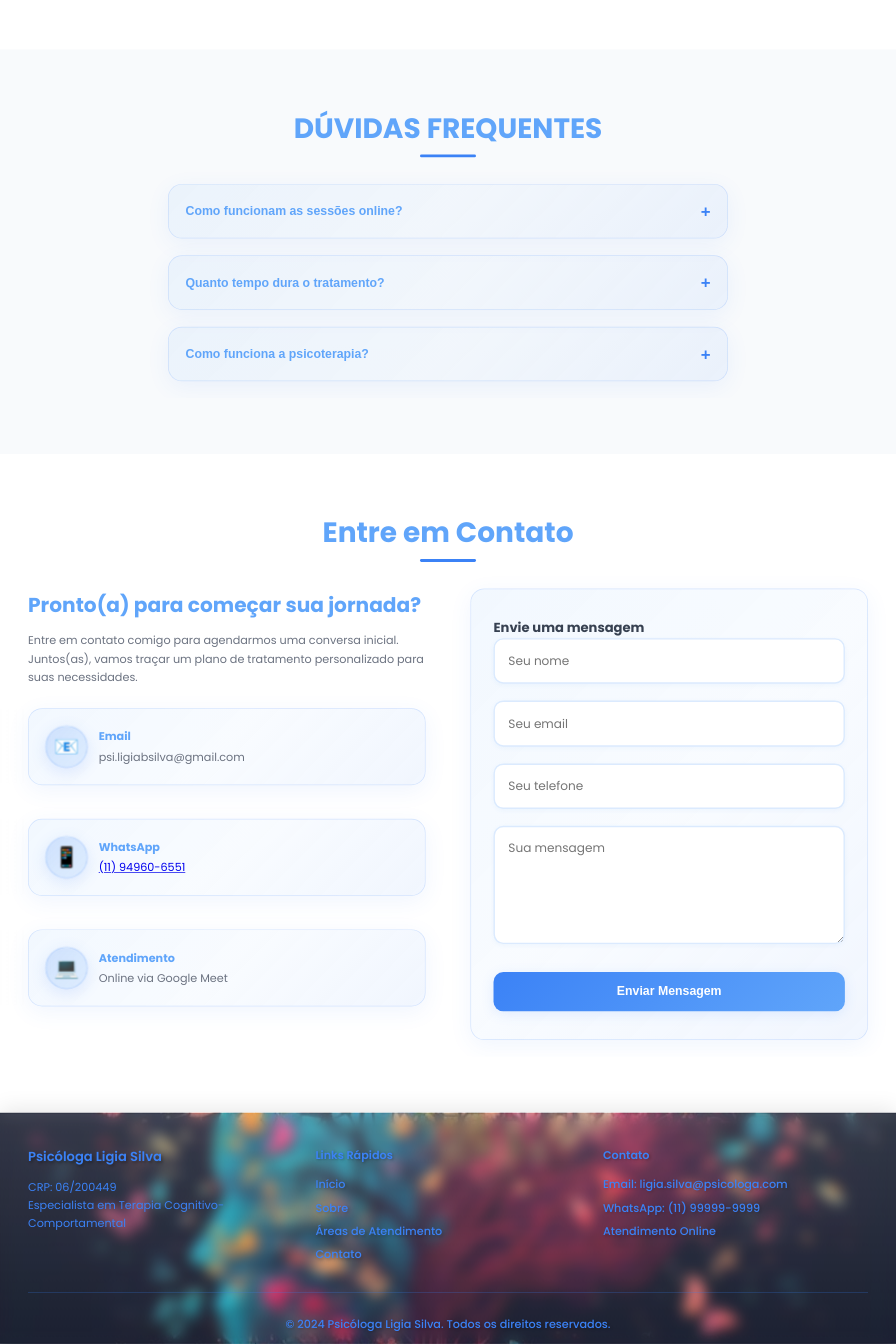
Repository: MichelAlmeida1990/Projeto-Psicologa
Page: index.html
The author's editor kept a copy of each file at every save. The page is drawn from the files as they stood at one save, then again after the next save.
The browser window is 1280 px wide. The pictures show the part of the page from y = 4224 to 6144 px (the page is 6144 px tall), at 70% of full size.

Above is the page before, as saved 2025-07-18 17:53:53.

After the next save:
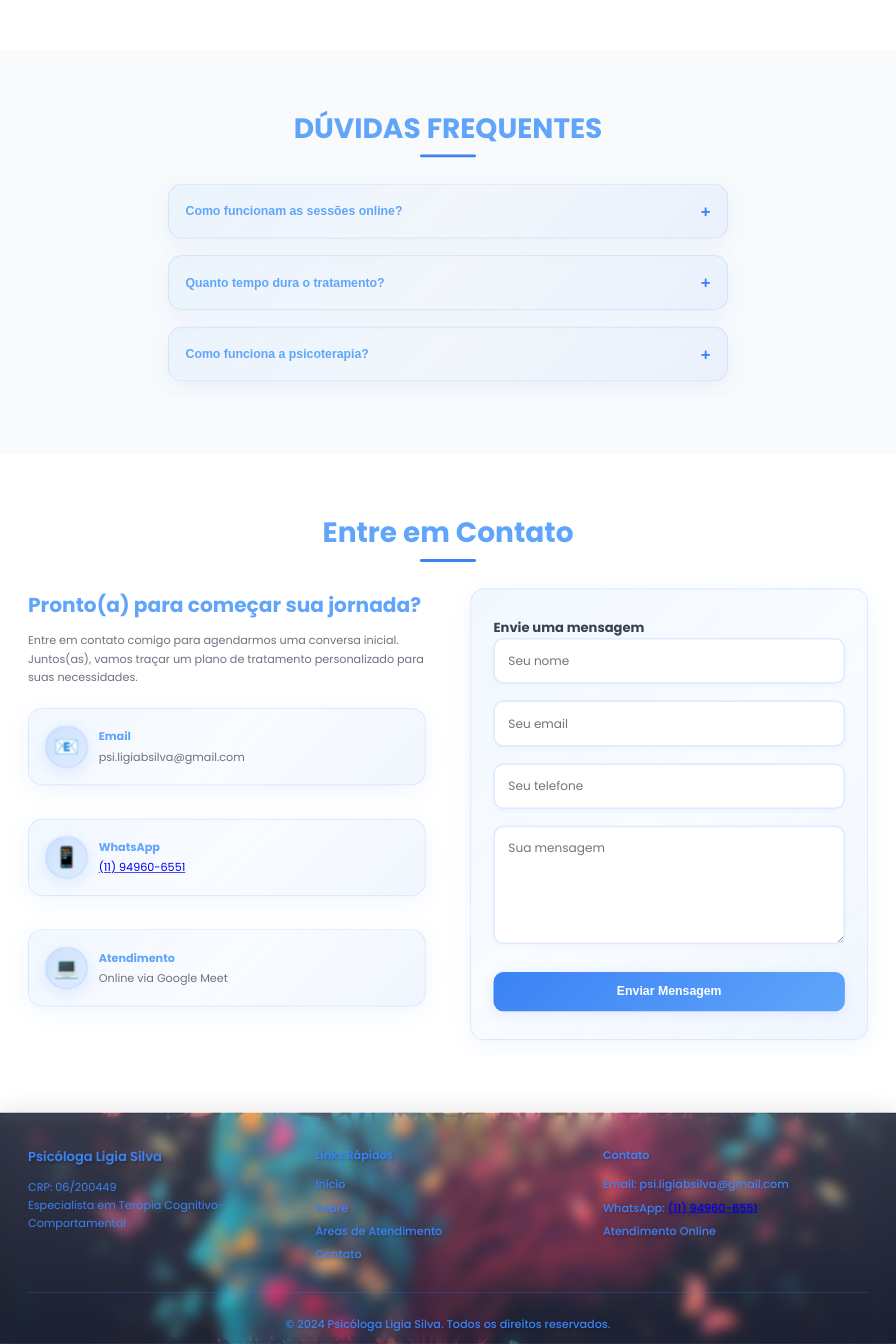
Saved 11 s later.
--- a/index.html
+++ b/index.html
@@ -409,8 +409,8 @@
                 </div>
                 <div class="footer-contact">
                     <h4>Contato</h4>
-                    <p>Email: ligia.silva@psicologa.com</p>
-                    <p>WhatsApp: (11) 99999-9999</p>
+                    <p>Email: psi.ligiabsilva@gmail.com</p>
+                    <p>WhatsApp: <a href="https://wa.me/5511949606551" target="_blank" rel="noopener">(11) 94960-6551</a></p>
                     <p>Atendimento Online</p>
                 </div>
             </div>
